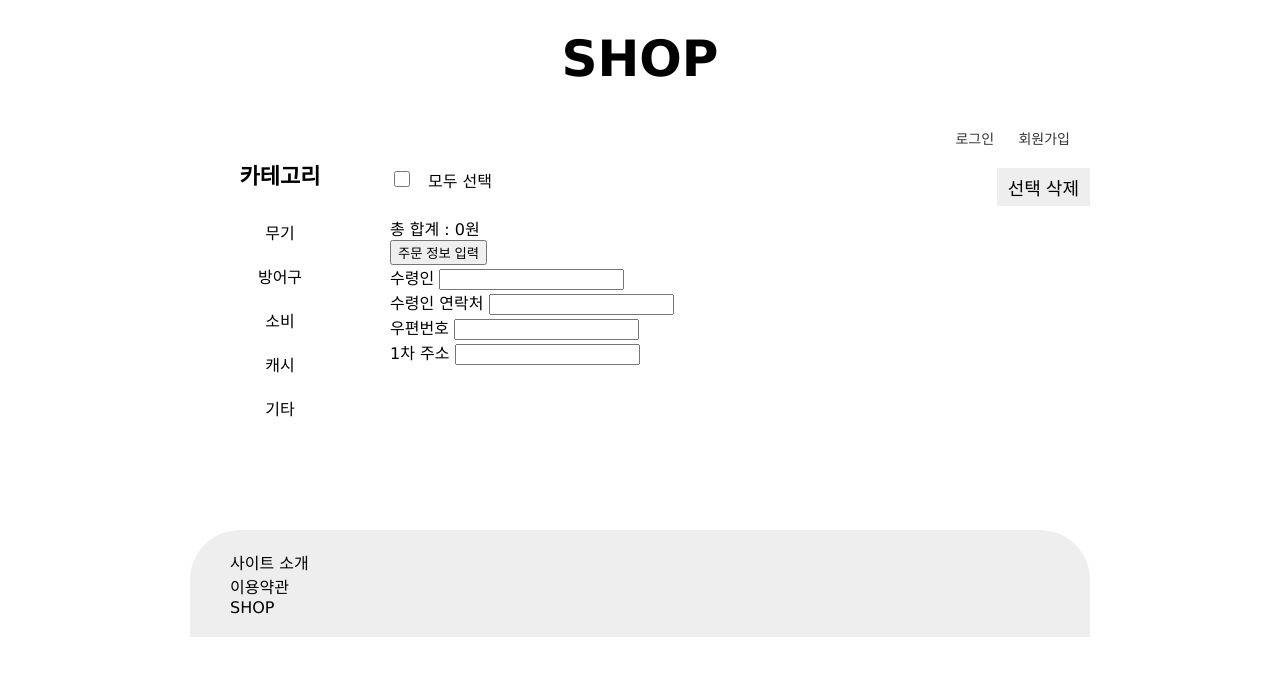
Repository: leesoonyong/shopping-mall
Page: http://localhost/shop/WEB-INF/views/shop/cartList.jsp
The author's editor kept a copy of each file at every save. The page is drawn from the files as they stood at one save, then again after the next save.
The browser window is 1280 px wide. The pictures show the whole page.
The page is served by Tomcat 9. Nobody is signed in. The template is opened directly, without the code that normally fills it, so the values that code supplies are empty.

Above is the page before, as saved 2020-09-15 03:05:05.

After the next save:
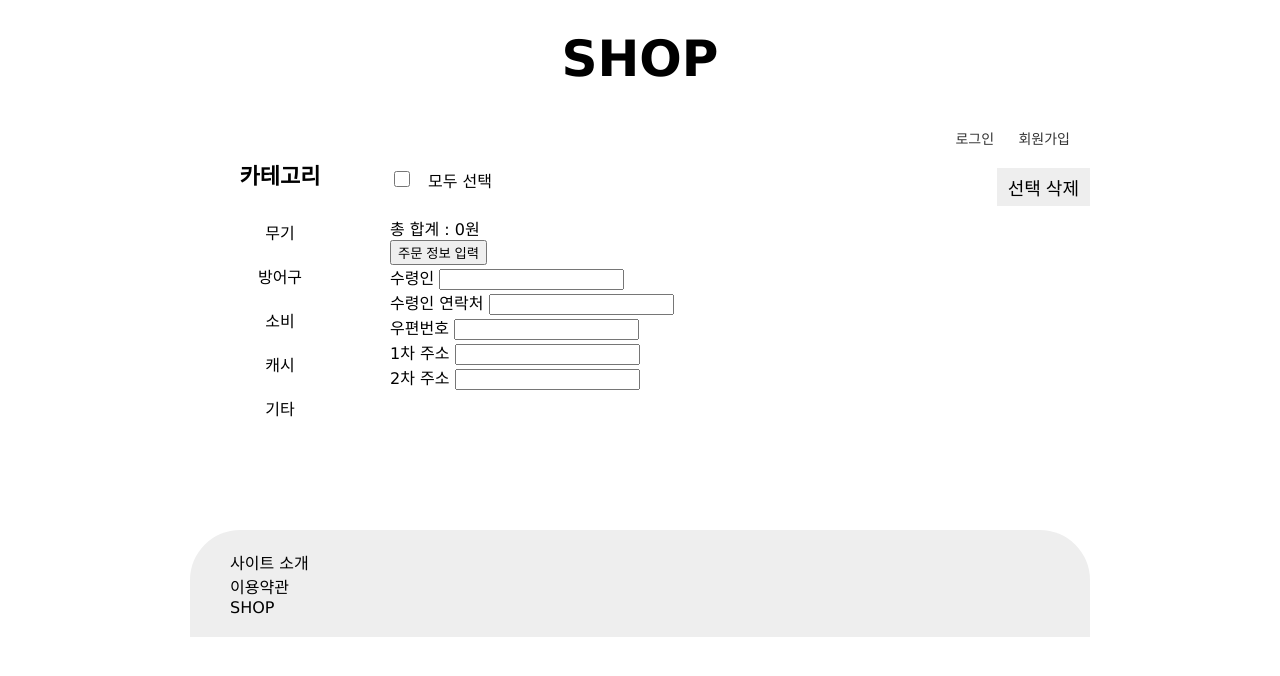
Saved 16 s later.
--- a/shop/src/main/webapp/WEB-INF/views/shop/cartList.jsp
+++ b/shop/src/main/webapp/WEB-INF/views/shop/cartList.jsp
@@ -383,6 +383,11 @@ section#content div.goodsName a {
 								<label for="userAddr2">1차 주소</label>
 								<input type="text" name="userAddr2" id="userAddr2" required="required"/>
 							</div>
+
+							<div class="inputArea">
+								<label for="userAddr3">2차 주소</label>
+								<input type="text" name="userAddr3" id="userAddr3" required="required"/>
+							</div>
 						</form>
 
 					</div>
